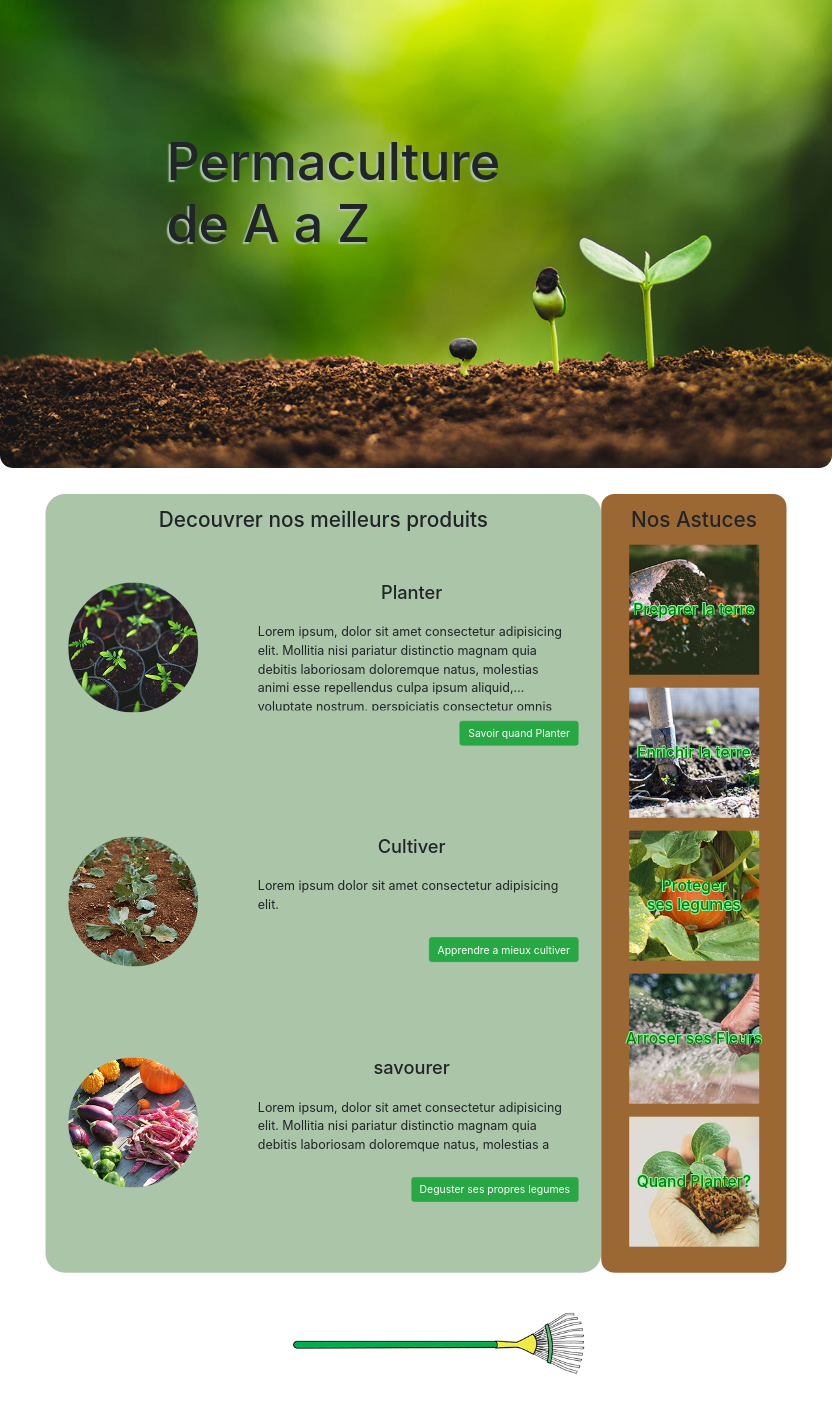
Repository: ahthionkevin/permaculture
Page: index.html
These files come from the project's save history. The page is drawn as it stood at one moment and after the next save; the edit follows.
The browser window is 1280 px wide. The pictures show the whole page, at 65% of full size.
Backgrounds fixed to the window are drawn as part of the page.

Above is the page before, as saved 2021-07-06 23:50:48.

After the next save:
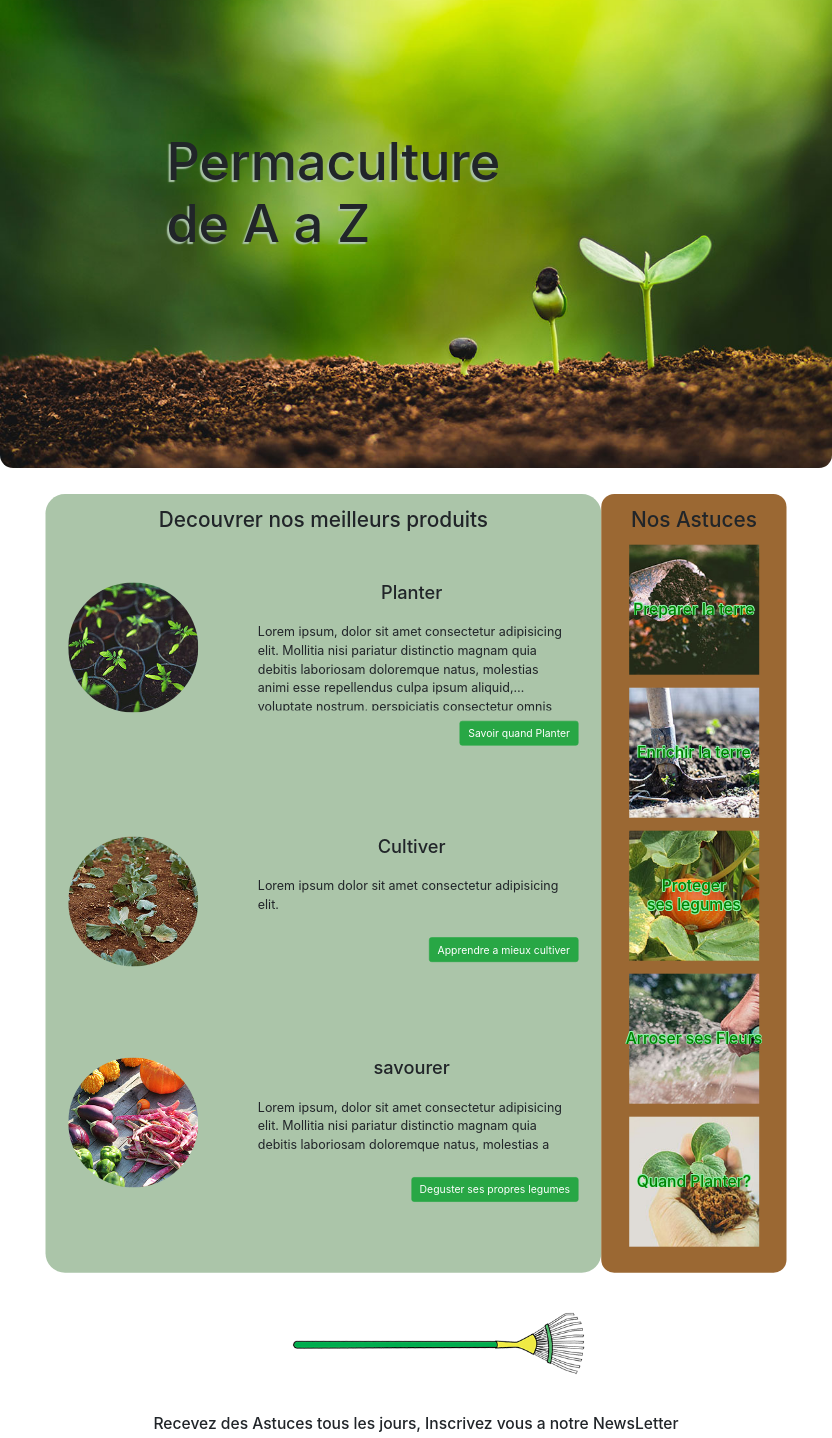
Saved 9 min 55 s later.
--- a/index.html
+++ b/index.html
@@ -90,5 +90,9 @@
         <img src="./media/transition.png" alt="rateau">
     </div>
 
+    <div id="newsLetter">
+        <h4>Recevez des Astuces tous les jours, Inscrivez vous a notre NewsLetter</h4>
+    </div>
+
 </body>
 </html>
